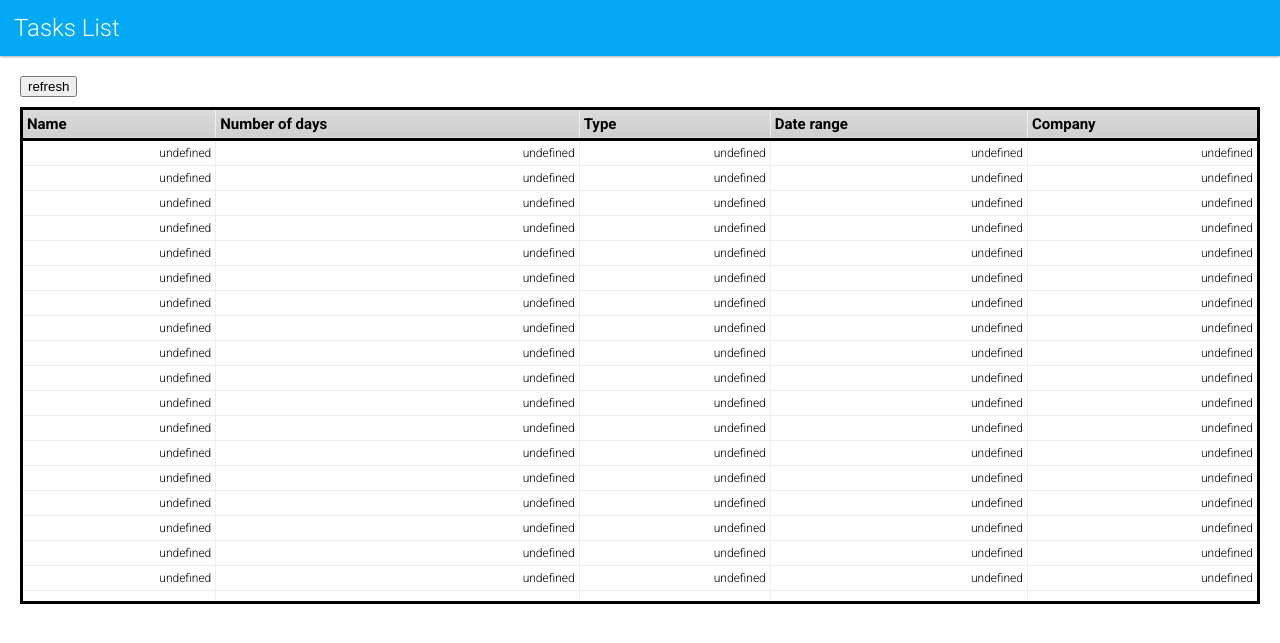
Repository: Megan74/Test-Vanilla-JS
Page: index.html
An editor plug-in stored every save of this project. The page is shown before and after the next save, followed by the edit.
The browser window is 1280 px wide. The pictures show the whole page.

Above is the page before, as saved 2022-06-26 19:58:38.

### index.html
<!DOCTYPE html>
<html>
<head>
    <meta charset="utf-8">
    <link href='http://fonts.googleapis.com/css?family=Roboto:400,300,700' rel='stylesheet' type='text/css'>
    <link href="css/styles.css" rel="stylesheet" type="text/css">
</head>
<body>
<header>
    <h1>Tasks List</h1>
</header>
<div class="content">
    <input type="button" value="refresh" id="refreshBtn">

    <div id="dataTable" class="Result">
    </div>
</div>
<script type="module" src="js/_components/tasks-table.component.js"></script>
<script type="module" src="js/service/data.service.js"></script>
<script type="module" src="js/main.js"></script>
</body>
</html>

### css/styles.css
body {
    font-family: 'Roboto', 'Sans Serif';
    font-size: 16px;
    padding: 0;
    margin: 0;
}

header {
    background-color: #03A9F4;
    padding: 14px;
    box-shadow: 0 1px 3px rgba(0,0,0,0.12), 0 1px 2px rgba(0,0,0,0.24);
}

h1, h2, h3 {
    font-weight: 300;
}

header > h1 {
    font-weight: 300;
    font-size: 24px;
    margin: 0;
    color: #FFFFFF;
}

h2 {
    font-size: 22px;
    margin: 20px 0 0 0;
}

h2 > .currency {
    color: #0288D1;
}

h3 {
    margin: 10px 0 28px 0;
}

h3 > span {
    color: #0288D1;
}

.principal {
    color: #0288D1;
}

.interest {
    color: #EF6C00;
}

input[type=text] {
    -webkit-appearance: none;
    width: 150px;
    height: 24px;
    padding: 3px 8px;
    font-size: 14px;
    line-height: 1.42857143;
    color: #555;
    border: 1px solid #ccc;
    border-radius: 2px;
    -webkit-box-shadow: none;
    box-shadow: none;
}

table {
    border-collapse: collapse;
    font-weight: 300;
    font-size: 12px;
}

th {
    text-align: right;
    font-weight: 400;
}

td {
    text-align: right;
    padding: 0 .5rem;
}

th,
td {
    border: solid 1px #EEEEEE !important;
    padding: 1px 4px;
}

label {
    display: inline-block;
    width: 80px;
    text-align: right;
    margin-right: 4px;
}

.content {
    padding: 20px;
}

.bar {
    display: inline-block;
    border: none;
    height: 8px;
}

.bar.principal {
    background-color: #0288D1;
    margin-right:1px;
}

.bar.interest {
    background-color: #EF6C00;
    margin-left:1px;
}

.stretch {
    width: 100%;
    padding-left:0;
    padding-right:0;
}

.flex {
    display: -webkit-flex;
    display: flex;
}

.currency::before {
    content:"$";
}

.left {
    text-align: left;
}

.form > div {
    margin: 6px 0;
}

button {
    text-transform: none;
    -webkit-appearance: none;
    cursor: pointer;
    padding: 12px 18px;
    border-radius: 2px;
    background: #FCFCFC;
    font-size: 16px;
    border: solid 1px #ddd;
    color: #444;
}

button:hover {
    background: #F4F4F4;
    border: solid 1px #ccc;
}

button:active {
    background: #FEFEFE;
    border: solid 1px #ddd;
}

button:focus {
    outline:0;
}

.Result {
    padding: 10px 0;
}
table.Tasks {
    border: 3px solid #000000;
    width: 100%;
    text-align: left;
    border-collapse: collapse;
}
table.Tasks td, table.Tasks th {
    border: 1px solid #000000;
    padding: 5px 4px;
}
table.Tasks tbody td {
    font-size: 13px;
}
table.Tasks thead {
    background: #CFCFCF;
    background: -moz-linear-gradient(top, #dbdbdb 0%, #d3d3d3 66%, #CFCFCF 100%);
    background: -webkit-linear-gradient(top, #dbdbdb 0%, #d3d3d3 66%, #CFCFCF 100%);
    background: linear-gradient(to bottom, #dbdbdb 0%, #d3d3d3 66%, #CFCFCF 100%);
    border-bottom: 3px solid #000000;
}
table.Tasks thead th {
    font-size: 15px;
    font-weight: bold;
    color: #000000;
    text-align: left;
}
table.Tasks tfoot {
    font-size: 14px;
    font-weight: bold;
    color: #000000;
    border-top: 3px solid #000000;
}
table.Tasks tfoot td {
    font-size: 14px;
}

table.Tasks > tr:hover td {
    cursor: pointer;
    background-color: #bfbfbf;
}

### js/_components/tasks-table.component.js
window.TasksTableComponent = (function (window) {
    'use strict'

    //TasksTableComponent render the global function with tasks as
    //parameters
    return function  (tasks) {

        var self = this;

        self.tasks = toString(tasks);

        self.columns = [
            {
                label: 'Name',
                property: 'TxtCivilName',
                aggregateFn: (item) => {
                    return 1;
                },
                aggregateLabel: 'Number of tasks : ',
            },
            {
                label: 'Number of days',
                property: 'NumDaysRequested',
                defaultValue: '0',
                aggregateFn: (item) => {
                    return item['NumDaysRequested'];
                },
                aggregateLabel: 'Total (in days) : ',
            },
            {
                label: 'Type',
                property: 'TxtType'
            },
            {
                label: 'Date range',
                property: 'TxtDateRange',
            },
            {
                label: 'Company',
                property: 'TxtCompanyName',
            }
        ];

        return {
            render,
            setTasks,
        }

        /**
         * render data
         * @param element
         */
        function render(element) {
            console.log(getTableElement());
            element.innerHTML = '';
            element.append(getTableElement());
        }

        /**
         * Return the html
         * @returns {HTMLTableElement}
         */
        function getTableElement() {
            var tableEl = document.createElement('table');
            tableEl.setAttribute('class', 'Tasks');
            for (var i = 0; i < self.tasks.length; i++) {
                var task = self.tasks[i];
                if (i === 0) {
                    tableEl.append(getHeaderElement(task));
                }
                var line = getLineElement(task);
                tableEl.append(line);
                line.addEventListener('click', function(){
                   alert(task.TxtCivilName);
                });
            }
            tableEl.append(getFooterElement(self.aggregatedValues));
            return tableEl;
        }


        /**
         * Return the content of a line in HTML string
         *
         * @returns {HTMLTableSectionElement}
         */
        function getHeaderElement() {
            var columns = [];
            for (var i = 0; i < self.columns.length; i++) {
                var col = self.columns[i];
                columns.push(`<th>${col.label}</th>`);
            }

            var head = document.createElement('thead');
            head.innerHTML = `<tr>${columns.join('')}</tr>`
            return head;
        }

        /**
         * Return the content of a line in HTML string
         *
         *  @param task
         * @returns {HTMLTableSectionElement}
         */
        function getLineElement(task) {
            var columns = [];
            for (var i = 0; i < self.columns.length; i++) {
                var col = self.columns[i];

                columns.push(`<td>${task[col.property]}</td>`);
            }

            var tr = document.createElement('tr');
            tr.innerHTML = columns.join('');
            return tr;
        }

        /**
         * Return the content of a footer line in HTML string
         *
         * @param aggregatedLine
         * @returns {HTMLTableSectionElement}
         */
        function getFooterElement(aggregatedLine) {
            var columns = [];
             var aggregatedLine ={};
            for (var i = 0; i < self.columns.length; i++) {
                var col = self.columns[i];
                if(aggregatedLine.hasOwnProperty(col.property)){
                    columns.push(`<td>${col.aggregateLabel} ${aggregatedLine[col.property]}</td>`);
                } else {
                    columns.push(`<td></td>`);
                }
            }
            var tfoot = document.createElement('tr');
            tfoot.innerHTML =`<tfoot><tr>${columns.join('')}</tr></tfoot>`;
            return tfoot;
        }




        function setTasks(tasks) {
            this.tasks = tasks;
            this.aggregatedValues = getAggregatedValues(tasks);
        }

        /**
         * Return aggregated values from given tasks data
         *
         * @param tasks
         * @returns {{}}
         */
        function getAggregatedValues(tasks) {
             var aggregatedValues = {};
            for(var i = 0; i < tasks.length; i++) {
                var task = tasks[i];
                for(var j = 0; j < self.columns.length; j++) {
                    var col = self.columns[j];
                    if(col.hasOwnProperty('aggregateFn')){
                        aggregatedValues[col.property] += col.aggregateFn(task);
                    }else if (!aggregatedValues.hasOwnProperty(col.property)){
                        aggregatedValues[col.property] = 0;
                    }
                }
            }
            return aggregatedValues;
        }
    };

})(window)

### js/main.js

(function (window, document) {



    init();
    var tasksTable;
    var companiesList = [];

     function init() {
        tasksTable =  new TasksTableComponent();

        document.getElementById('refreshBtn').addEventListener('click', function () {
            updateTable();
        });

        updateCompanies()
        updateTable();
    }

     function updateTable() {
        var isLoading = true;
        document.getElementById('dataTable').innerHTML = 'Loading...';

        return dataService.getTranslations().then(onTranslationsReady);


         function onTranslationsReady(translations) {
            if(!translations){
                translations = {types : {}};
            }
            getTasks(translations.types).then((tasks) => {
                tasksTable.setTasks(tasks);
                isLoading = false;
                 tasksTable.render(document.getElementById('dataTable'));
            });
        }
    }

     function updateCompanies() {
        return dataService.getCompanies().then(function (companies) {
            companiesList =  companies;
        });
    }

     function getTasks(typeTranslations) {
        return dataService.getTasks().then((tasks) => {
            var tasks =  tasks.map(task => {
                return getTaskItemFromXml(task, typeTranslations)
            });
            return tasks;
        });

        function getTaskItemFromXml(task, typeTranslations) {
            task = convertXmlToJson(task);
            var taskItem = {};
            for (var i in task.Item) {
                taskItem[i] = task.Item[i]['#text'];
            }
            taskItem.NumDaysRequested = parseInt(taskItem.NumDaysRequested);
            taskItem.TxtCompanyName = getCompanyFromId(taskItem.NumCompanyId).name;
            taskItem.TxtType = typeTranslations[taskItem.TxtType] || taskItem.TxtType;
            return taskItem;
        }
    }

    /**
     * Return a company from its id
     *
     *
     * @param companyId
     * @returns {*[]}
     */
    function getCompanyFromId(companyId) {
        companyId = parseInt(companyId);
        var filtered = companiesList.filter(company => company.id === companyId);
        if (filtered.length) {
            return filtered[0];
        } else {
            return {
                name: 'Company doesn\'t exist'
            };
        }
    }


    /**
     * Convert XML to JSON
     * @param xml
     * @returns {null|any}
     */
    function convertXmlToJson(xml) {
        const tab = '';
        if (!xml) {
            return null;
        }

        if (typeof xml === 'string') {
            const parser = new DOMParser();
            xml = parser.parseFromString(xml, 'text/xml');
        }

        var X = {
            toObj: function (xml) {
                var o = {};
                if (xml.nodeType == 1) {   // element node ..
                    if (xml.attributes.length)   // element with attributes  ..
                        for (var i = 0; i < xml.attributes.length; i++)
                            o["@" + xml.attributes[i].nodeName] = (xml.attributes[i].nodeValue || "").toString();
                    if (xml.firstChild) { // element has child nodes ..
                        var textChild = 0, cdataChild = 0, hasElementChild = false;
                        for (var n = xml.firstChild; n; n = n.nextSibling) {
                            if (n.nodeType == 1) hasElementChild = true;
                            else if (n.nodeType == 3 && n.nodeValue.match(/[^ \f\n\r\t\v]/)) textChild++; // non-whitespace text
                            else if (n.nodeType == 4) cdataChild++; // cdata section node
                        }
                        if (hasElementChild) {
                            if (textChild < 2 && cdataChild < 2) { // structured element with evtl. a single text or/and cdata node ..
                                X.removeWhite(xml);
                                for (var n = xml.firstChild; n; n = n.nextSibling) {
                                    if (n.nodeType == 3)  // text node
                                        o["#text"] = X.escape(n.nodeValue);
                                    else if (n.nodeType == 4)  // cdata node
                                        o["#cdata"] = X.escape(n.nodeValue);
                                    else if (o[n.nodeName]) {  // multiple occurence of element ..
                                        if (o[n.nodeName] instanceof Array)
                                            o[n.nodeName][o[n.nodeName].length] = X.toObj(n);
                                        else
                                            o[n.nodeName] = [o[n.nodeName], X.toObj(n)];
                                    } else  // first occurence of element..
                                        o[n.nodeName] = X.toObj(n);
                                }
                            } else { // mixed content
                                if (!xml.attributes.length)
                                    o = X.escape(X.innerXml(xml));
                                else
                                    o["#text"] = X.escape(X.innerXml(xml));
                            }
                        } else if (textChild) { // pure text
                            if (!xml.attributes.length)
                                o = X.escape(X.innerXml(xml));
                            else
                                o["#text"] = X.escape(X.innerXml(xml));
                        } else if (cdataChild) { // cdata
                            if (cdataChild > 1)
                                o = X.escape(X.innerXml(xml));
                            else
                                for (var n = xml.firstChild; n; n = n.nextSibling)
                                    o["#cdata"] = X.escape(n.nodeValue);
                        }
                    }
                    if (!xml.attributes.length && !xml.firstChild) o = null;
                } else if (xml.nodeType == 9) { // document.node
                    o = X.toObj(xml.documentElement);
                } else
                    alert("unhandled node type: " + xml.nodeType);
                return o;
            },
            toJson: function (o, name, ind) {
                var json = name ? ("\"" + name + "\"") : "";
                if (o instanceof Array) {
                    for (var i = 0, n = o.length; i < n; i++)
                        o[i] = X.toJson(o[i], "", ind + "\t");
                    json += (name ? ":[" : "[") + (o.length > 1 ? ("\n" + ind + "\t" + o.join(",\n" + ind + "\t") + "\n" + ind) : o.join("")) + "]";
                } else if (o == null)
                    json += (name && ":") + "null";
                else if (typeof (o) == "object") {
                    var arr = [];
                    for (var m in o)
                        arr[arr.length] = X.toJson(o[m], m, ind + "\t");
                    json += (name ? ":{" : "{") + (arr.length > 1 ? ("\n" + ind + "\t" + arr.join(",\n" + ind + "\t") + "\n" + ind) : arr.join("")) + "}";
                } else if (typeof (o) == "string")
                    json += (name && ":") + "\"" + o.toString() + "\"";
                else
                    json += (name && ":") + o.toString();
                return json;
            },
            innerXml: function (node) {
                var s = ""
                if ("innerHTML" in node)
                    s = node.innerHTML;
                else {
                    var asXml = function (n) {
                        var s = "";
                        if (n.nodeType == 1) {
                            s += "<" + n.nodeName;
                            for (var i = 0; i < n.attributes.length; i++)
                                s += " " + n.attributes[i].nodeName + "=\"" + (n.attributes[i].nodeValue || "").toString() + "\"";
                            if (n.firstChild) {
                                s += ">";
                                for (var c = n.firstChild; c; c = c.nextSibling)
                                    s += asXml(c);
                                s += "</" + n.nodeName + ">";
                            } else
                                s += "/>";
                        } else if (n.nodeType == 3)
                            s += n.nodeValue;
                        else if (n.nodeType == 4)
                            s += "<![CDATA[" + n.nodeValue + "]]>";
                        return s;
                    };
                    for (var c = node.firstChild; c; c = c.nextSibling)
                        s += asXml(c);
                }
                return s;
            },
            escape: function (txt) {
                return txt.replace(/[\\]/g, "\\\\")
                    .replace(/[\"]/g, '\\"')
                    .replace(/[\n]/g, '\\n')
                    .replace(/[\r]/g, '\\r');
            },
            removeWhite: function (e) {
                e.normalize();
                for (var n = e.firstChild; n;) {
                    if (n.nodeType == 3) {  // text node
                        if (!n.nodeValue.match(/[^ \f\n\r\t\v]/)) { // pure whitespace text node
                            var nxt = n.nextSibling;
                            e.removeChild(n);
                            n = nxt;
                        } else
                            n = n.nextSibling;
                    } else if (n.nodeType == 1) {  // element node
                        X.removeWhite(n);
                        n = n.nextSibling;
                    } else                      // any other node
                        n = n.nextSibling;
                }
                return e;
            }
        };
        if (xml.nodeType == 9) // document node
            xml = xml.documentElement;

        var json = X.toJson(X.toObj(X.removeWhite(xml)), xml.nodeName, "\t");
        const string = "{\n" + tab + (tab ? json.replace(/\t/g, tab) : json.replace(/\t|\n/g, "")) + "\n}"
        return JSON.parse(string);
    }

})(window, document);

Loaded but not shown: js/service/data.service.js (library)

After the next save:
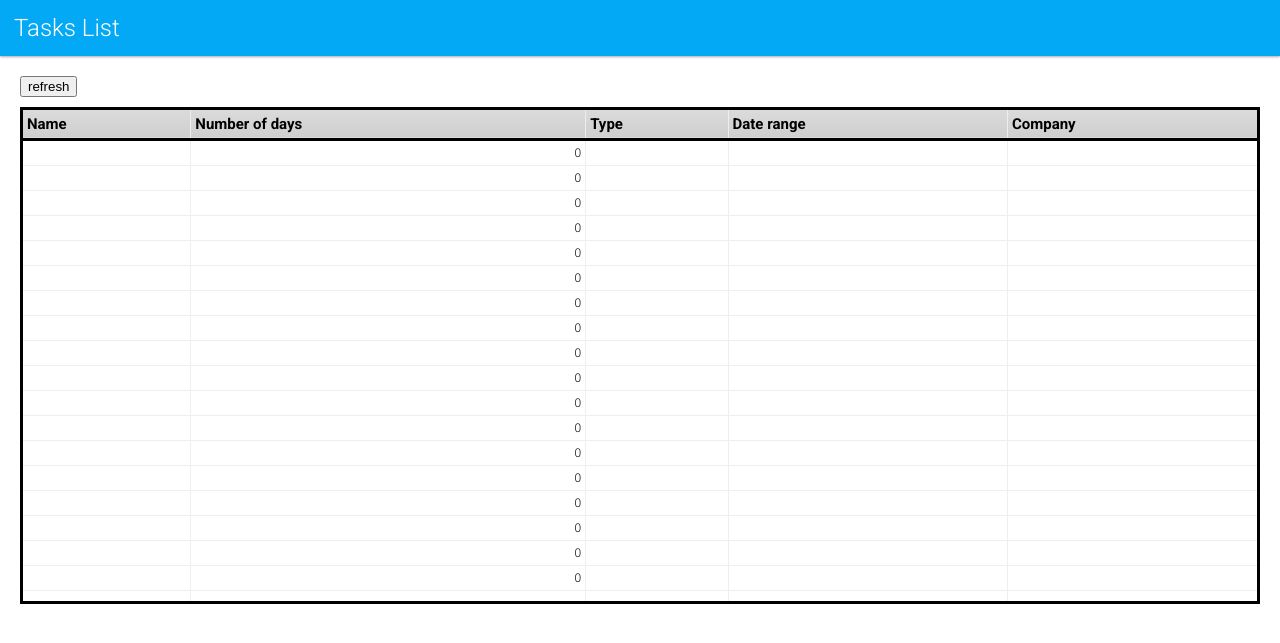
Saved 68 s later.
--- a/js/_components/tasks-table.component.js
+++ b/js/_components/tasks-table.component.js
@@ -96,18 +96,19 @@ window.TasksTableComponent = (function (window) {
             return head;
         }
 
+
         /**
          * Return the content of a line in HTML string
          *
-         *  @param task
+         * @param task
          * @returns {HTMLTableSectionElement}
          */
-        function getLineElement(task) {
+         function getLineElement(task) {
             var columns = [];
+
             for (var i = 0; i < self.columns.length; i++) {
                 var col = self.columns[i];
-
-                columns.push(`<td>${task[col.property]}</td>`);
+                columns.push(`<td>${task[col.property] || col.defaultValue || ''}</td>`);
             }
 
             var tr = document.createElement('tr');
